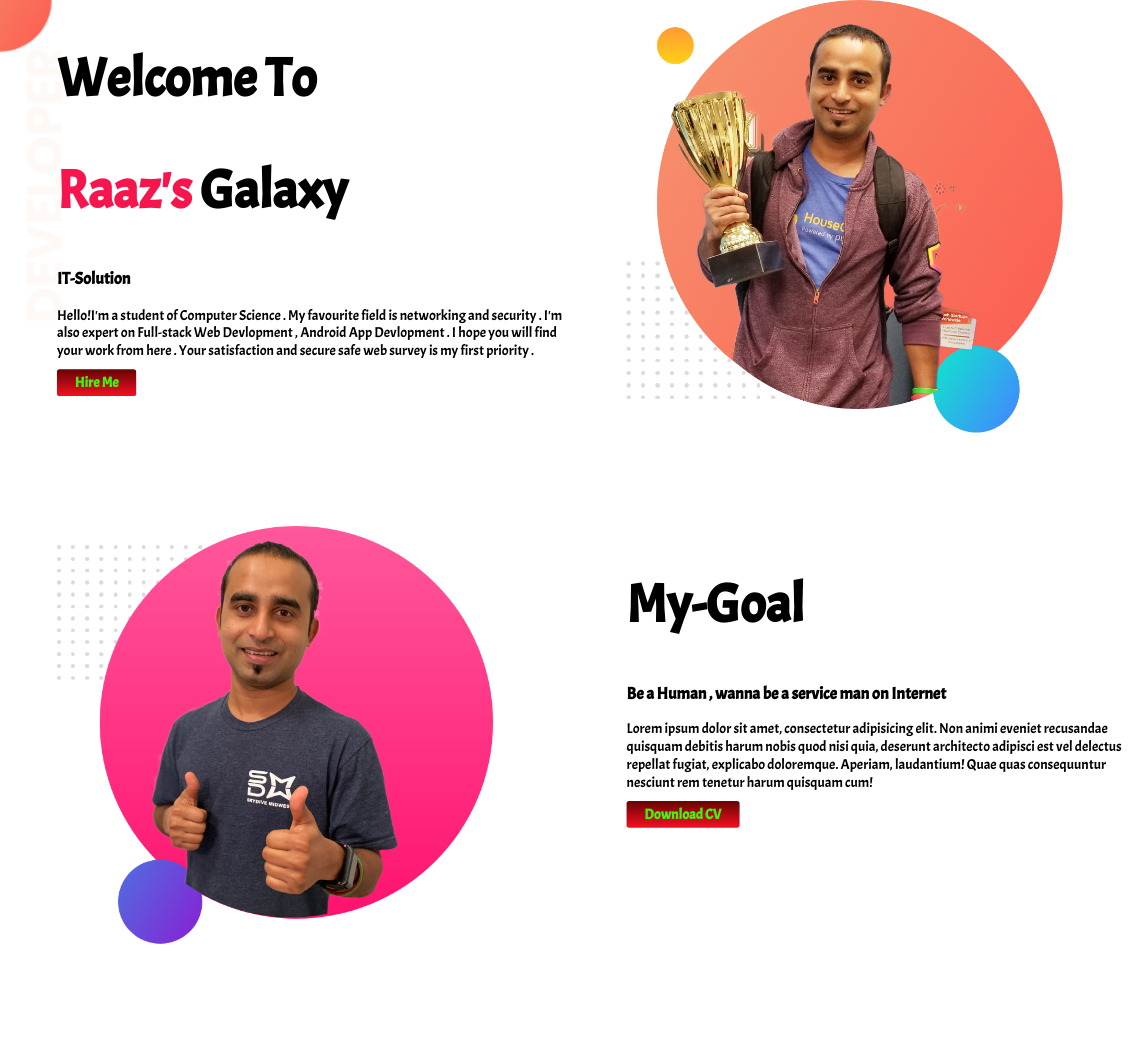
Repository: ramizraaz/my-portfolio
Page: about.html
An editor plug-in stored every save of this project. The page is shown before and after the next save, followed by the edit.
The browser window is 1280 px wide. The pictures show the whole page, at 89% of full size.

Above is the page before, as saved 2022-01-13 19:16:35.

### about.html
<!DOCTYPE html>
<html lang="en">

<head>
    <meta charset="UTF-8">
    <meta http-equiv="X-UA-Compatible" content="IE=edge">
    <meta name="viewport" content="width=device-width, initial-scale=1.0">
    <title>Raaz Portfolio</title>
    <link rel="preconnect" href="https://fonts.googleapis.com">
    <link rel="preconnect" href="https://fonts.gstatic.com" crossorigin>
    <link href="https://fonts.googleapis.com/css2?family=Acme&family=Lobster&family=Permanent+Marker&display=swap" rel="stylesheet">
    <link rel="stylesheet" href="design.css">
</head>

<body>
    <section class="top">
        <div class="content">
            <h1>Welcome To</h1>
            <h1><span> Raaz's </span>Galaxy</h1>
            <h3>IT-Solution</h3>
            <p>Hello!I'm a student of Computer Science . My favourite field is networking and security . I'm also expert on Full-stack Web Devlopment , Android App Devlopment . I hope you will find your work from here . Your satisfaction and secure safe
                web survey is my first priority .</p>
            <a class="link-button" href="" target="_blank">Hire Me</a>
        </div>
        <div class="content">
            <img src="images/jhankar.png" alt="Personal Profile">
        </div>
    </section>
    <section class="middle">
        <div class="content">
            <img src="images/jhankar2.png" alt="Personal Profile">
        </div>
        <div class="content">
            <h1>My-Goal</h1>
            <h3>Be a Human , wanna be a service man on Internet</h3>
            <p>Lorem ipsum dolor sit amet, consectetur adipisicing elit. Non animi eveniet recusandae quisquam debitis harum nobis quod nisi quia, deserunt architecto adipisci est vel delectus repellat fugiat, explicabo doloremque. Aperiam, laudantium! Quae
                quas consequuntur nesciunt rem tenetur harum quisquam cum!</p>
            <a class="link-button" href="" target="_blank">Download CV</a>
        </div>
    </section>
</body>

</html>

### design.css
body {
    font-family: 'Acme', sans-serif;
    margin: 0;
}

h1 {
    font-size: 60px;
}

span {
    color: rgb(247, 21, 77);
}

section {
    display: flex;
    /* Using this attribute for show photo and content flexible left right part */
    margin-bottom: 100px;
}

.content {
    width: 50%;
    /*to make 2 div 50//50 size*/
    padding-left: 5%;
}

.content img {
    width: 85%;
    /*adjusting image*/
}

.link-button {
    text-decoration: none;
    background-image: linear-gradient(rgb(102, 3, 3), #f50f22);
    padding: 5px 20px;
    border-radius: 3px;
    font-weight: 800;
    color: rgb(63, 247, 7);
}

.top {
    background-image: url(images/top-banner.png);
    background-repeat: no-repeat;
}

After the next save:
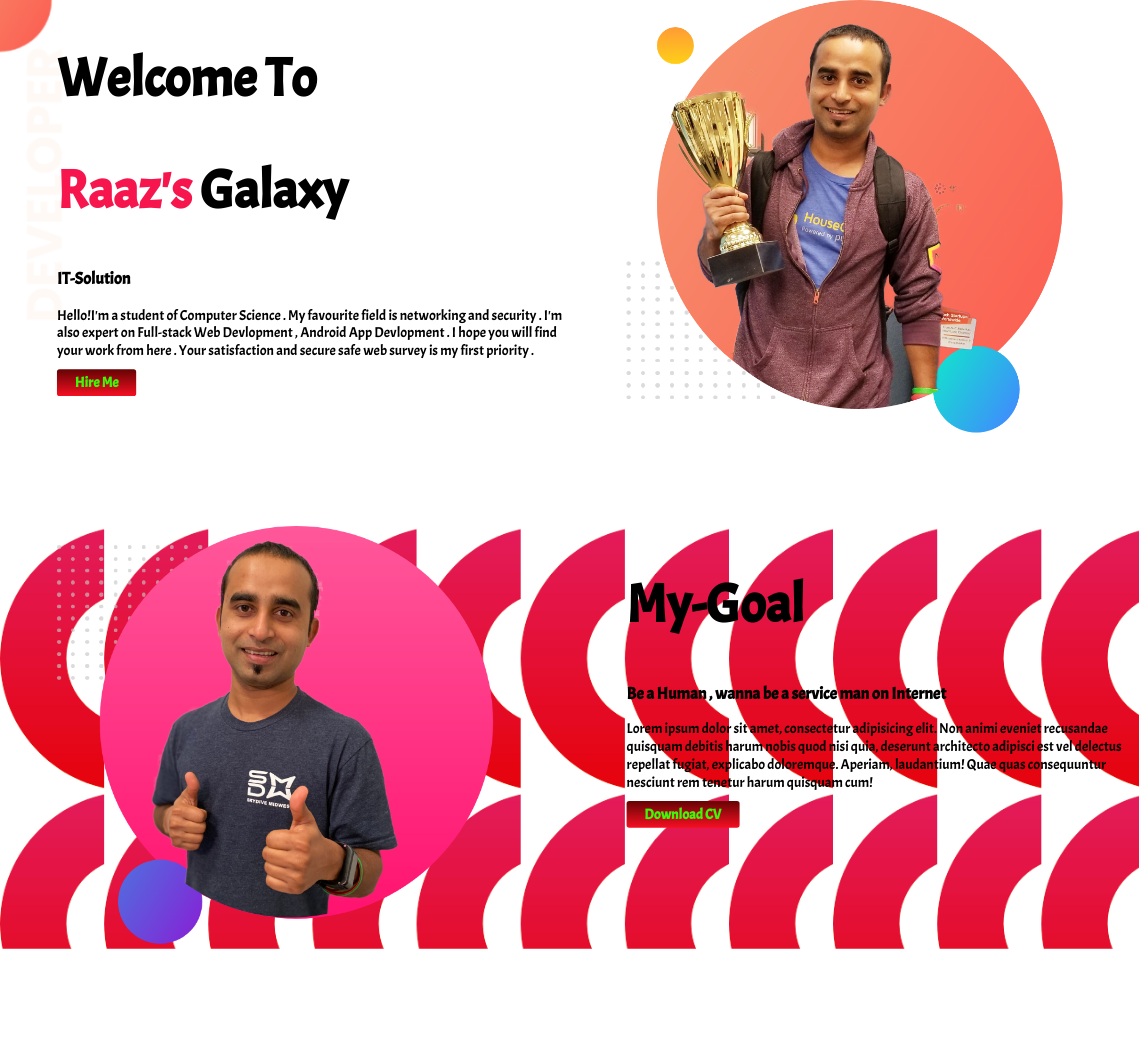
Saved 2 min 27 s later.
--- a/design.css
+++ b/design.css
@@ -41,3 +41,7 @@ section {
     background-image: url(images/top-banner.png);
     background-repeat: no-repeat;
 }
+
+.middle {
+    background-image: url(images/dream-bg.png);
+}
